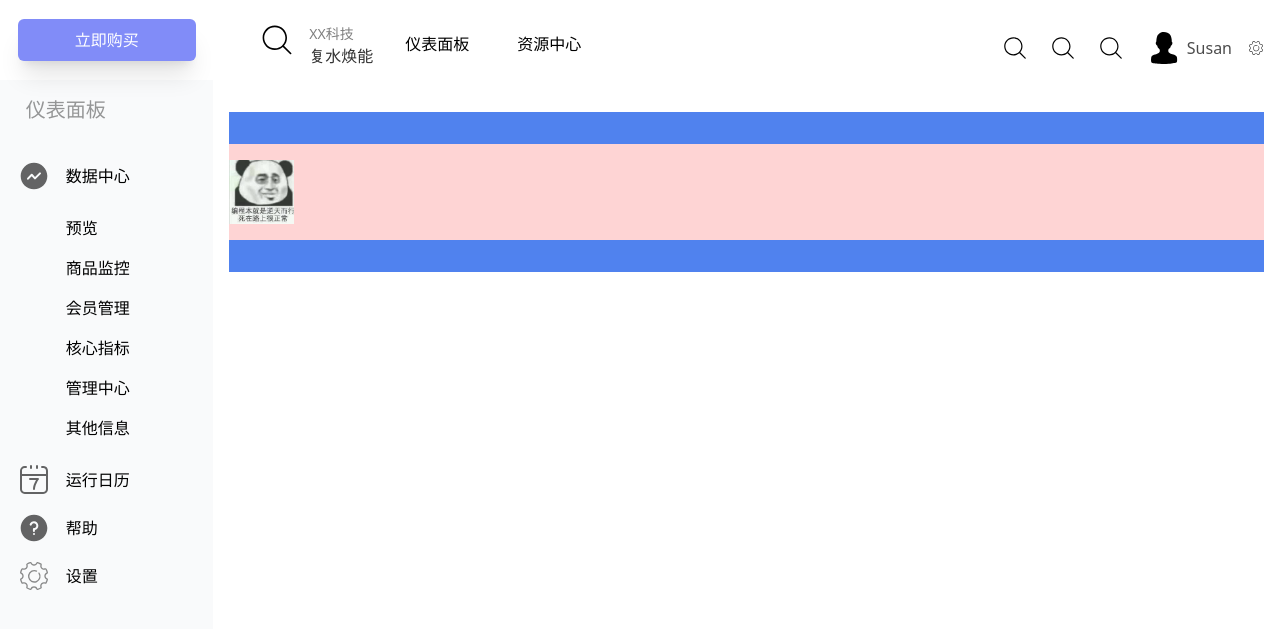
Repository: LiuRuohui/useWater
Page: /
The author's editor kept a copy of each file at every save. The page is drawn from the files as they stood at one save, then again after the next save.
The browser window is 1280 px wide. The pictures show the whole page.
The project was rebuilt for these pictures with package versions that can differ from the ones it lists, and the page was loaded fresh each time. Also part of the build but not shown: vite.config.js.

Above is the page before, as saved 2022-04-06 23:10:44.

After the next save:
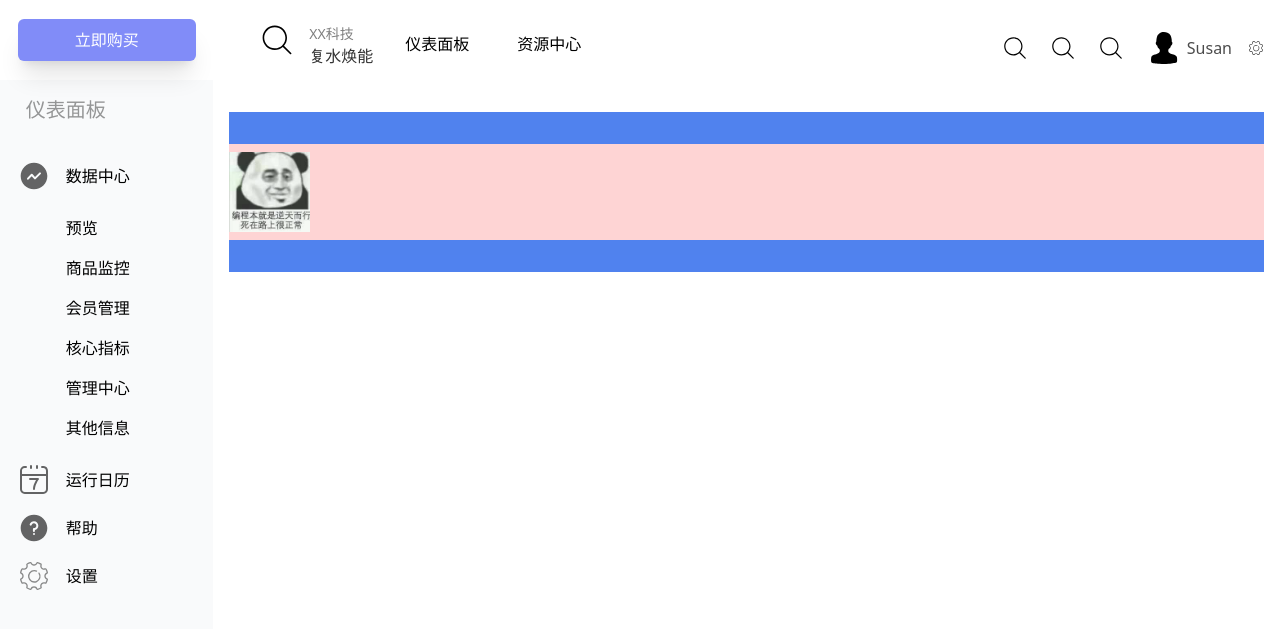
Saved 9 s later.
--- a/src/components/HelloWorld.vue
+++ b/src/components/HelloWorld.vue
@@ -64,7 +64,7 @@
       </div>
       <div class="m-4 bg-blue-600 h-40 opacity-80">
           <div class="flex flex-row h-24 bg-red-200 my-8">
-              <img src="../assets/测试图片.jpg" alt="" class="h-16 my-auto">
+              <img src="../assets/测试图片.jpg" alt="" class="h-20 my-auto">
               <div class="">
 
               </div>
